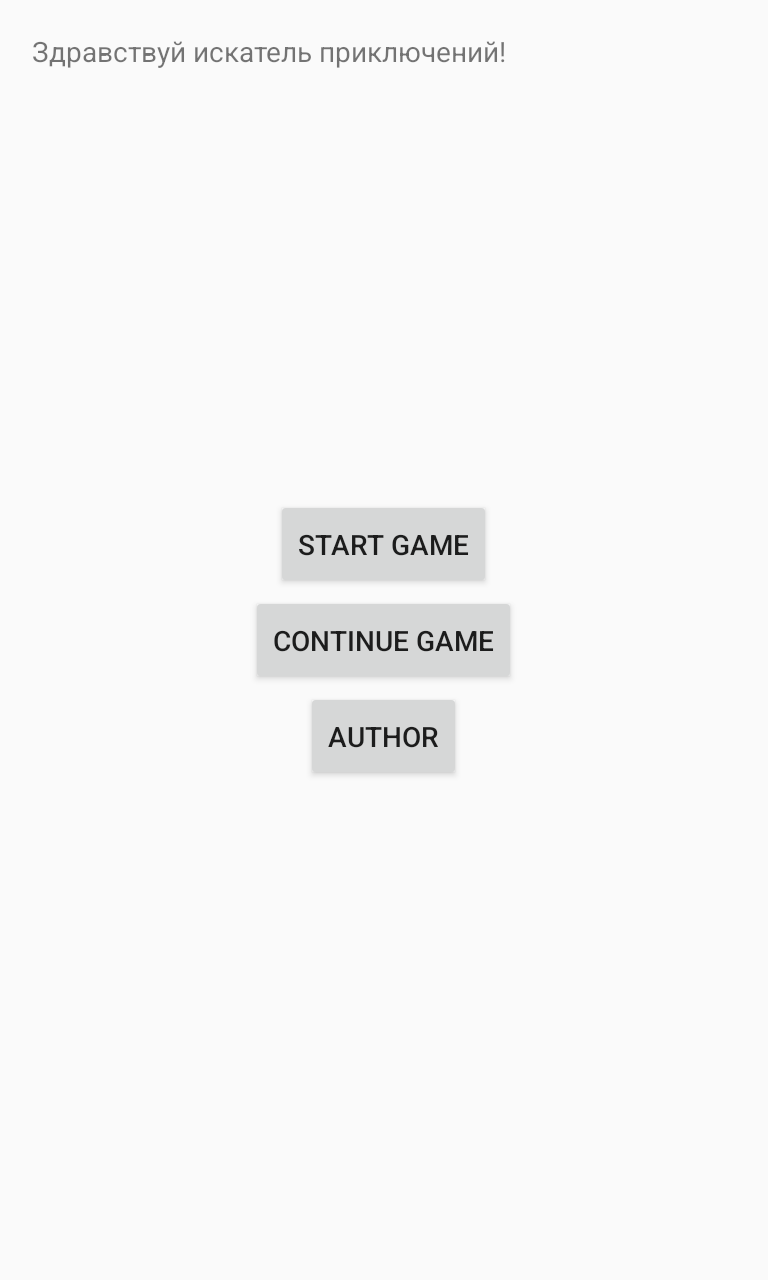
Repository: IgorDogadin/TQReposit
Layout: TextQuest/res/layout/activity_menu.xml
These files come from the project's save history. The layout is drawn as it stood at one moment and after the next save; the edit follows.
It is drawn on a 768 x 1280 px phone screen (xhdpi) without system bars, with theme AppTheme; the app's code is not run.

Above is the layout before, as saved 2015-04-25 10:38:15.

After the next save:
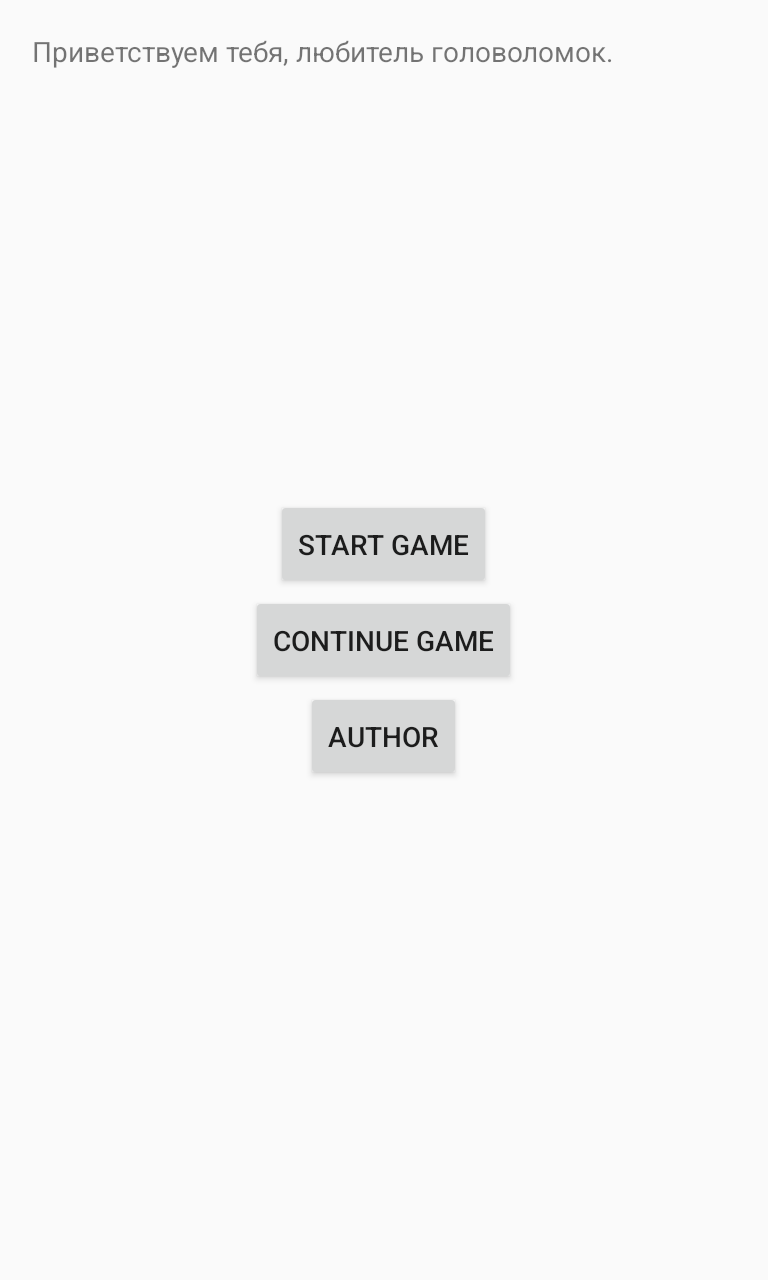
Saved 6 s later.
--- a/TextQuest/res/layout/activity_menu.xml
+++ b/TextQuest/res/layout/activity_menu.xml
@@ -11,7 +11,7 @@
     <TextView
         android:layout_width="wrap_content"
         android:layout_height="wrap_content"
-        android:text="Здравствуй искатель приключений!" />
+        android:text="@string/menugreet" />
 
     <Button
         android:id="@+id/button1"
